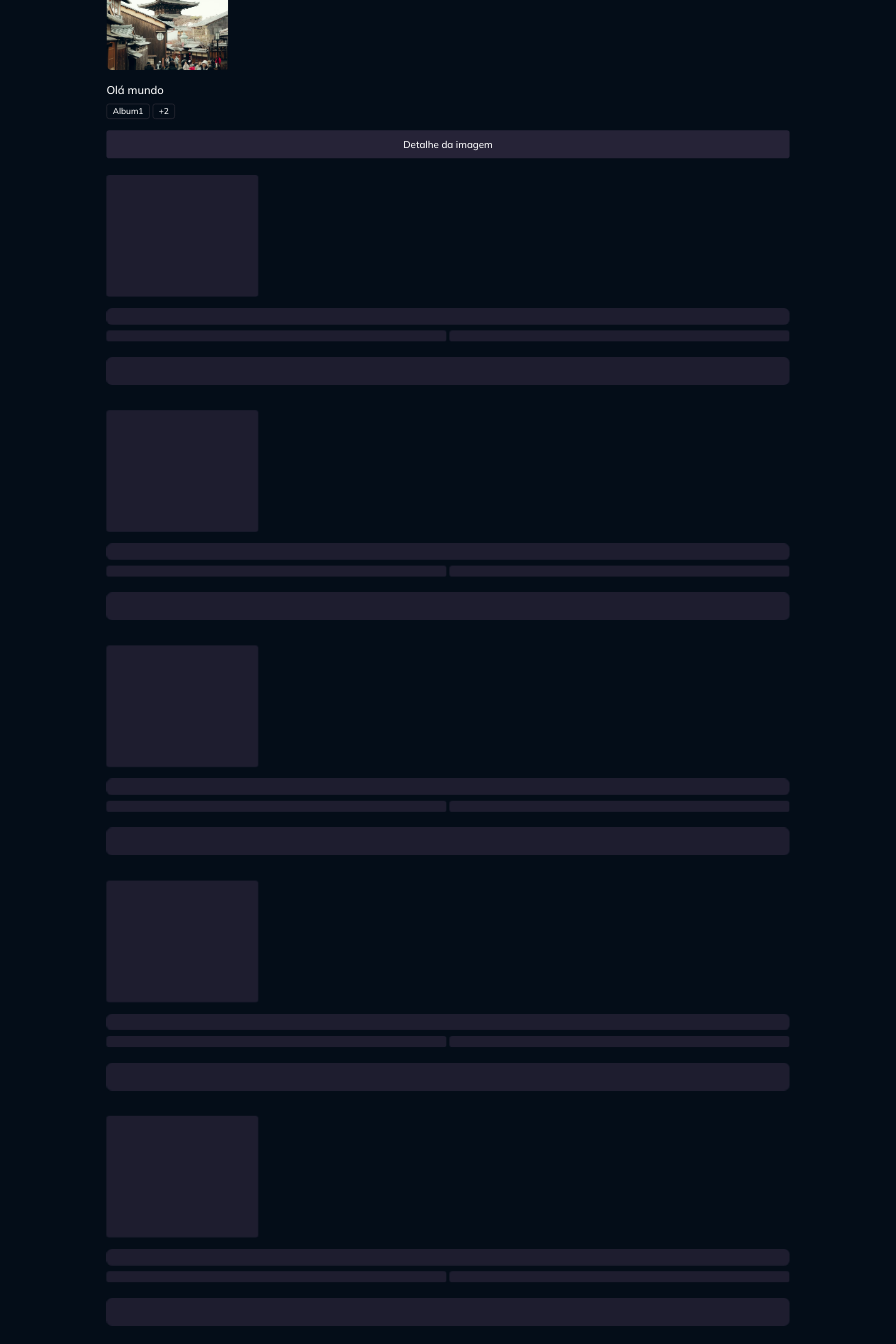
Repository: LuizMXavier/gallery-plus
Page: /
These files come from the project's save history. The page is drawn as it stood at one moment and after the next save; the edit follows.
The browser window is 1280 px wide. The pictures show the part of the page from y = 370 to 2290 px (the page is 4083 px tall), at 70% of full size.
The project was rebuilt for these pictures with package versions that can differ from the ones it lists, and the page was loaded fresh each time. Also part of the build but not shown: vite.config.ts, src/components/button-icon.tsx, src/components/alert.tsx, src/components/input-checkbox.tsx, src/components/input-single-file.tsx, src/components/card.tsx, src/components/dialog.tsx, src/pages/pages-components.tsx and 1 more.

Above is the page before, as saved 2025-09-22 17:58:33.

After the next save:
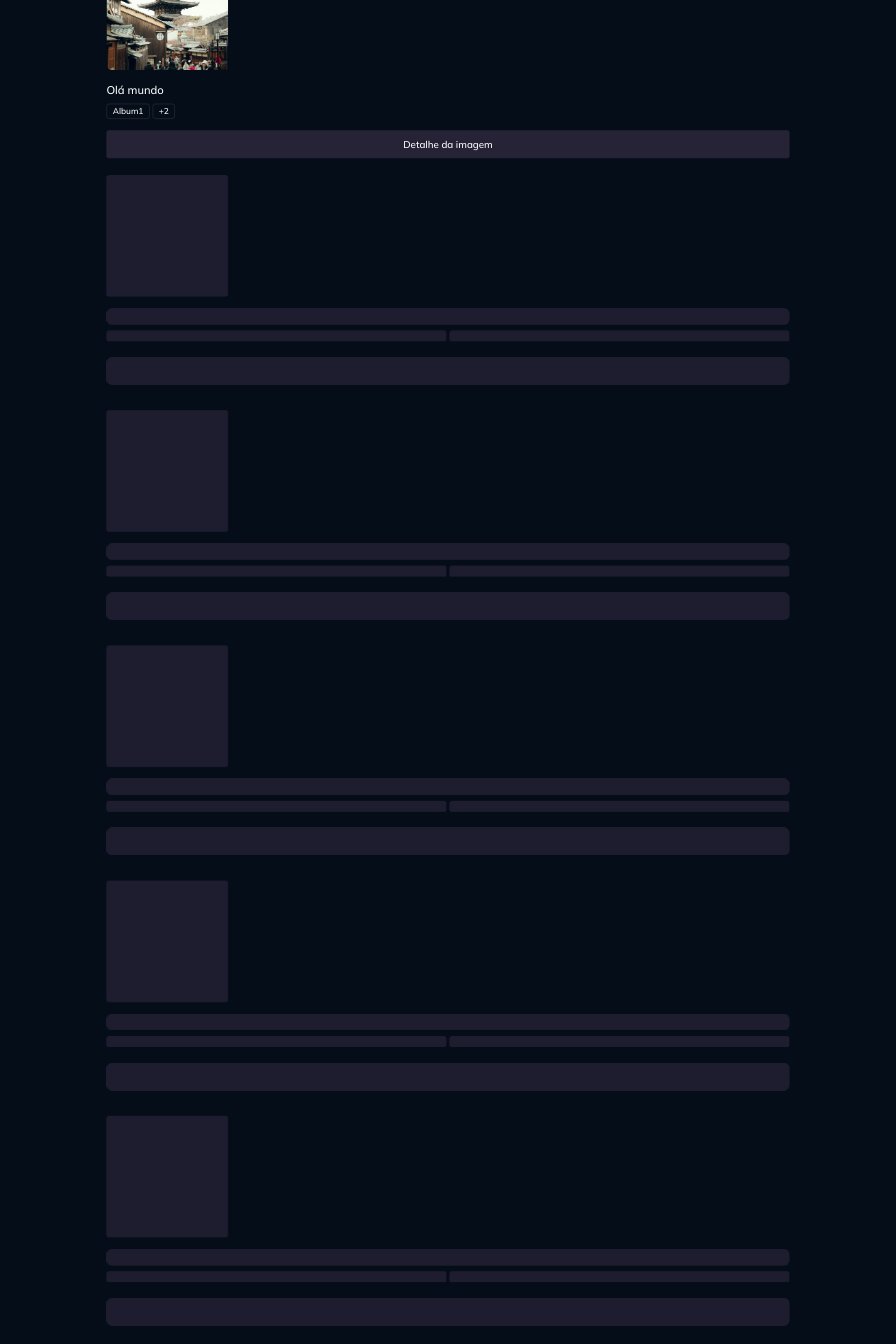
Saved 4 s later.
--- a/src/contexts/photos/components/photo-widget.tsx
+++ b/src/contexts/photos/components/photo-widget.tsx
@@ -20,7 +20,7 @@ export default function PhotoWidget({photo, loading}: PhotoWidgetProps) {
                     imageClassName="w-[10.8725rem] h-[10.8725rem] rounded lg"/>
 
             ): (
-                <Skeleton className="w-[13.5625rem] h-[10.8725rem] rounded lg"/>
+                <Skeleton className="w-[10.8725rem] h-[10.8725rem] rounded lg"/>
             )}
 
             <div className="flex flex-col gap-2">
